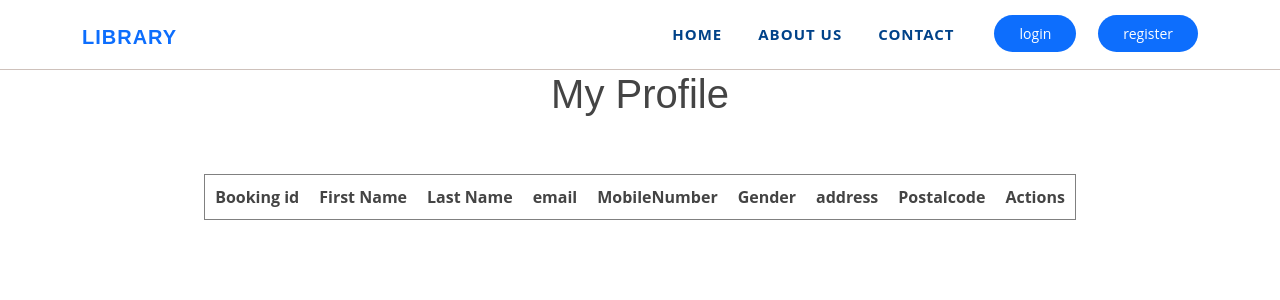
Repository: gousiya669/edubridgeprojects
Page: http://localhost/index
The author's editor kept a copy of each file at every save. The page is drawn from the files as they stood at one save, then again after the next save.
The browser window is 1280 px wide. The pictures show the whole page.
The page is this project's Thymeleaf template; nobody is signed in. The template is opened directly, without the code that normally fills it, so the values that code supplies are empty.

Above is the page before, as saved 2021-10-05 06:06:39.

### java code/eclipse-workspace/shoppingmart/src/main/resources/templates/index.html
<!DOCTYPE html>
<html xmlns="http://www.w3.org/1999/xhtml"
      xmlns:th="http://www.thymeleaf.org">
<head>
<link href="https://cdn.jsdelivr.net/npm/bootstrap@5.1.1/dist/css/bootstrap.min.css" rel="stylesheet" integrity="sha384-F3w7mX95PdgyTmZZMECAngseQB83DfGTowi0iMjiWaeVhAn4FJkqJByhZMI3AhiU" crossorigin="anonymous">
<style>
/*--------------------------------------------------------------
# General
--------------------------------------------------------------*/
body {
  font-family: "Open Sans", sans-serif;
  color: #444444;
}

a {
  /*color: #0d6efd;*/
  text-decoration: none;
}

a:hover {
  /*color: #86db9f;*/
  text-decoration: none;
}

h1, h2, h3, h4, h5, h6 {
  font-family: "Raleway", sans-serif;
}

/*
==========================================
   Header Design
==========================================
*/
.navigation-wrap {
    /*position: fixed;*/
    width: 100%;
    left: 0;
    z-index: 1000;
    -webkit-transition: all 0.3s ease-out;
    transition: all 0.3s ease-out;
    padding: 15px 0;
}
.navigation-wrap .nav-item{
  padding:0 0.625rem;
  transition:all 200ms linear;
}
.navbar-toggler:focus{
  outline:unset;
  border:unset;
  box-shadow: none;
}
.nav-link{
  font-size:0.9375rem;
  font-weight: 600;
  text-transform: capitalize;
  color:var(--primary-color);
  letter-spacing: 1px;
}
.navigation-wrap .main-btn{
  padding:0.3125rem 1.4375rem;
  box-shadow: none;
  margin-left:0.625rem;
}

/* Change navbar styling on scroll */

.navigation-wrap.scroll-on{
  position:fixed;
  top:0;
  left:0;
  width:100%;
  background:var(--white-color);
  box-shadow: 0 0.125rem 1.75rem 0 rgb(0,0,0,0.09);
  transition:all .15s ease-in-out 0s;
}



     nav.navbar.navbar-expand-lg.navigation-wrap {
    /* background: linear-gradient(to right, rgba(38,183,231,1) 0%, rgba(68,221,97,1) 100%) !important; */
    background: white;
    border-bottom: 1px solid #cec1bb;
}

a.nav-link {
    color: #004289;
    font-weight: 700;
    text-transform: uppercase;
}
.login {
  margin-left: 22px;
  background: #0d6efd;
  color: #fff;
  border-radius: 50px;
  padding: 8px 25px;
  white-space: nowrap;
  transition: 0.3s;
  font-size: 14px;
  display: inline-block;
}

.login:hover {
  background: #0d6efd;
  color: #fff;
}
.logo {
    font-size: 30px;
    margin: 0;
    padding: 0;
    line-height: 1;
    font-weight: 600;
    letter-spacing: 1px;
    text-transform: uppercase;
    font-family: "Poppins", sans-serif;
}

@media (max-width: 768px) {
  .get-started-btn {
    margin: 0 15px 0 0;
    padding: 6px 18px;
  }
}


.table-responsive {
    display: block;
    width: 100%;
    overflow-x: auto;
    -ms-overflow-style: -ms-autohiding-scrollbar;
}
.table-responsive table.table {
    border: 1px solid #dddddd;
    border-top: 0px;
}
.table-responsive .table {
    width: 100%;
    max-width: 100%;
    margin-bottom: 1rem;
}
.table-responsive table.table tr th {
    background-color: #089cb9e3;
    color: #fff;
    text-transform: uppercase;
    text-align: center;
    padding: 12px;
    border-right: 1px solid #fff;
}
.table-responsive .table thead th {
    vertical-align: bottom;
    border-bottom: 2px solid #eceeef;
}
.table-responsive table.table tr:nth-child(odd) td {
    background-color: #fcfcfc;
}
.table-responsive table.table tr td {
    text-align: center;
    padding: 12px;
    border-right: 1px solid #fff;
}


.table-responsive a.update {
    color: black;
    background: #e8dedecc;
}

.table-responsive a.view {
    background: rgba(0,150,136,.1);
    color: #009688;
}
 .table-responsive a.cancel {
    background: rgba(233,30,99,.1);
    color: #e91e63;
}

 .table-responsive a {
    background: #f4f5f7;
    padding: 5px 15px;
    font-size: 13px;
    display: inline-block;
}
a
{
    text-decoration: none;
}



</style>
<meta charset="utf-8"/>
<title>Shopping mart</title>

</head>
<body>

 <header>
      <nav class="navbar navbar-expand-lg navigation-wrap">
        <div class="container">
   <h1 class="logo me-auto"><a href="index.html" class="navbar-brand">Library</a></h1>
          <button class="navbar-toggler" type="button" data-bs-toggle="collapse" data-bs-target="#navbarText"
            aria-controls="navbarText" aria-expanded="false" aria-label="Toggle navigation">
            <i class="fas fa-stream navbar-toggler-icon"></i>
          </button>
          <div class="collapse navbar-collapse" id="navbarText">
            <ul class="navbar-nav ms-auto mb-2 mb-lg-0">
              <li class="nav-item">
                <a class="nav-link active" aria-current="page" href="index.html">Home</a>
              </li>
              <li class="nav-item">
                <a class="nav-link" href="about.html">About Us</a>
              </li>
              <li class="nav-item">
                <a class="nav-link" href="contact.html">Contact</a>
              </li>


              <li><a href="login.html" class="login">login</a></li>
                <li><a href="register.html" class="login">register</a></li>
            </ul>
          </div>
        </div>
      </nav>
    </header>


<div align="center">
    <h1>My Profile</h1>

    <br/><br/>
    <table border="1" cellpadding="10">
        <thead>
            <tr>
                <th>Booking id</th>
                <th>First Name</th>
                <th>Last Name</th>
                <th>email</th>
                <th>MobileNumber</th>
                <th> Gender</th>
                <th>address</th>
                 <th>Postalcode</th>
                  <th>Actions</th>

            </tr>
        </thead>
        <tbody>
            <tr th:each="myprofile : ${myprofileList}">
            	<td th:text="${myprofile.regid}">regid</td>
                <td th:text="${myprofile.firstname}"> firstname</td>
                <td th:text="${myprofile.lastname}">lastname</td>
                <td th:text="${myprofile.email}"> email</td>
                <td th:text="${myprofile.mobilenumbers}">mobilenumber</td>
                <td th:text="${myprofile.gender}">gender</td>
                <td th:text="${myprofile.address}">address</td>
                <td th:text="${myprofile.postalcode}">postalcode</td>


               <td>
                	<a th:href="@{/myprofile/{id}(id=${myprofile.regid})}">Edit</a>
                	&nbsp;&nbsp;&nbsp;

                </td>
            </tr>
        </tbody>
    </table>
</div>
</body>
</html>

After the next save:
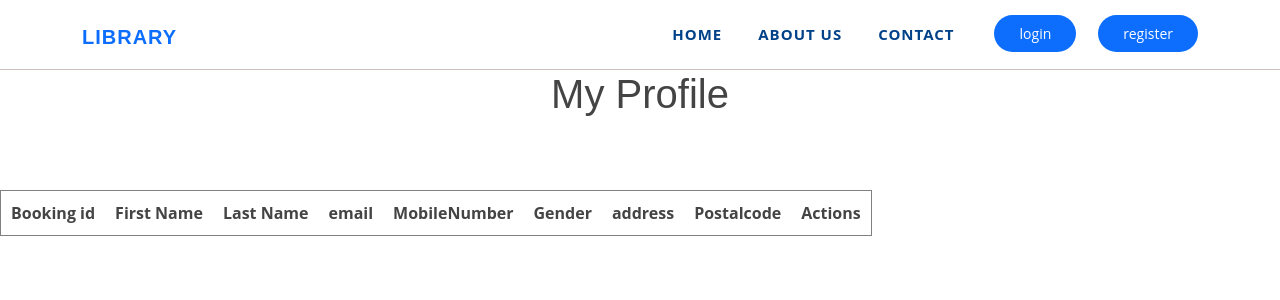
Saved 74 s later.
--- a/java code/eclipse-workspace/shoppingmart/src/main/resources/templates/index.html
+++ b/java code/eclipse-workspace/shoppingmart/src/main/resources/templates/index.html
@@ -222,7 +222,8 @@ a
       </nav>
     </header>
 
-
+<div class="table-responsive">
+               <table class="table">
 <div align="center">
     <h1>My Profile</h1>
 
